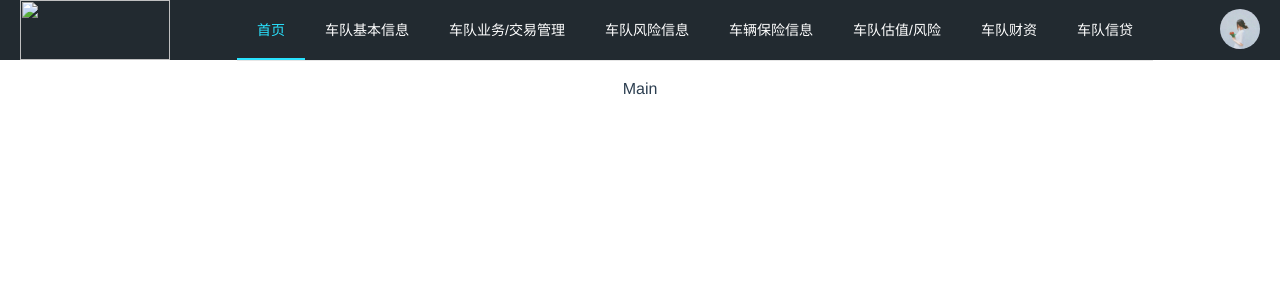
Repository: TheWomanLiketheWind/woodpecker
Page: /
An editor plug-in stored every save of this project. The page is shown before and after the next save, followed by the edit.
The browser window is 1280 px wide. The pictures show the whole page.
The project was rebuilt for these pictures with package versions that can differ from the ones it lists, and the page was loaded fresh each time. Imported but missing from the stored project, and not drawn on this page: src/views/About.vue.

Above is the page before, as saved 2019-07-25 15:45:54.

After the next save:
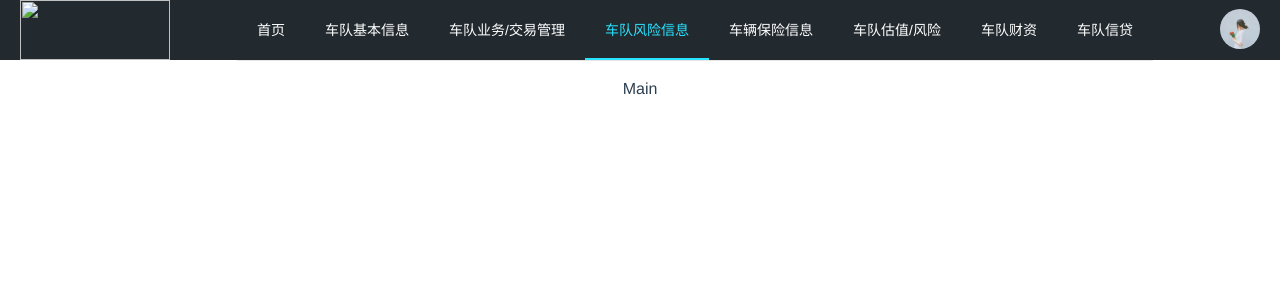
Saved 16 s later.
--- a/src/views/Home.vue
+++ b/src/views/Home.vue
@@ -37,7 +37,7 @@ import { Component, Vue } from "vue-property-decorator";
 export default class Home extends Vue {
   data() {
     return {
-      activeIndex: "1",
+      activeIndex: "4",
       menuList: [
         {
           name: "首页",
